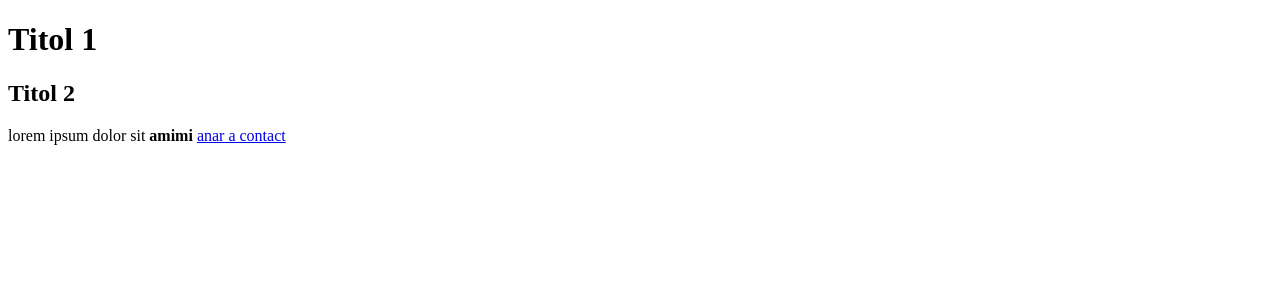
Repository: LucFx7/AWEB
Page: Ud1/html/index.html
An editor plug-in stored every save of this project. The page is shown before and after the next save, followed by the edit.
The browser window is 1280 px wide. The pictures show the whole page.

Above is the page before, as saved 2025-09-24 10:10:09.

### Ud1/html/index.html
<!DOCTYPE html>
<html lang="en">
<head>
	<meta charset="UTF-8">
	<meta name="viewport" content="width=device-width, initial-scale=1.0">
	<title>Web Page</title>
</head>
<body>
	<h1> Titol 1 </h1>
	<h2> Titol 2 </h2>

	<p> lorem ipsum dolor sit <b> amimi </b>

	<a href="views/conctact.html">anar a contact</a>
</body>
</html>

After the next save:
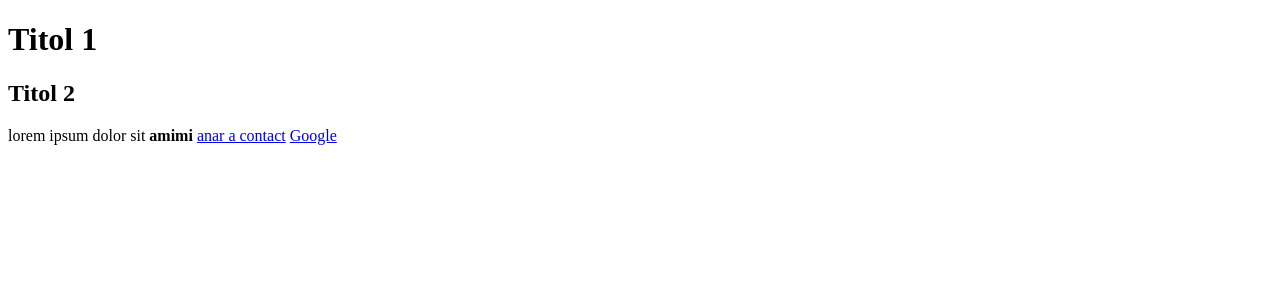
Saved 5 min 38 s later.
--- a/Ud1/html/index.html
+++ b/Ud1/html/index.html
@@ -12,5 +12,6 @@
 	<p> lorem ipsum dolor sit <b> amimi </b>
 
 	<a href="views/conctact.html">anar a contact</a>
+	<a href="https://www.google.com/?hl=es"> Google</a>
 </body>
 </html>
